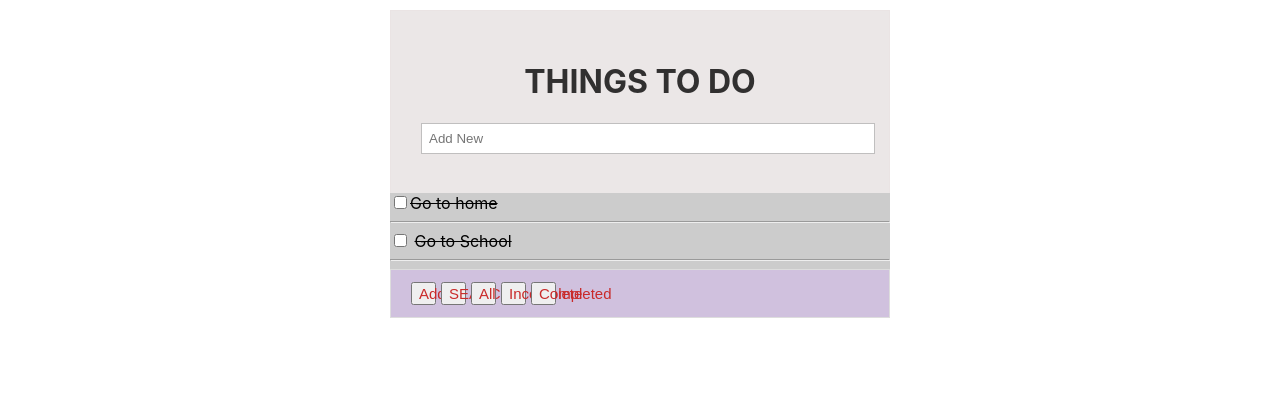
Repository: kirangautam45/To-Do-Application
Page: /
The author's editor kept a copy of each file at every save. The page is drawn from the files as they stood at one save, then again after a run of saves.
The browser window is 1280 px wide. The pictures show the whole page.
The project was rebuilt for these pictures with package versions that can differ from the ones it lists, and the page was loaded fresh each time.

Above is the page before, as saved 2022-08-11 14:43:33.

After the next 2 saves:
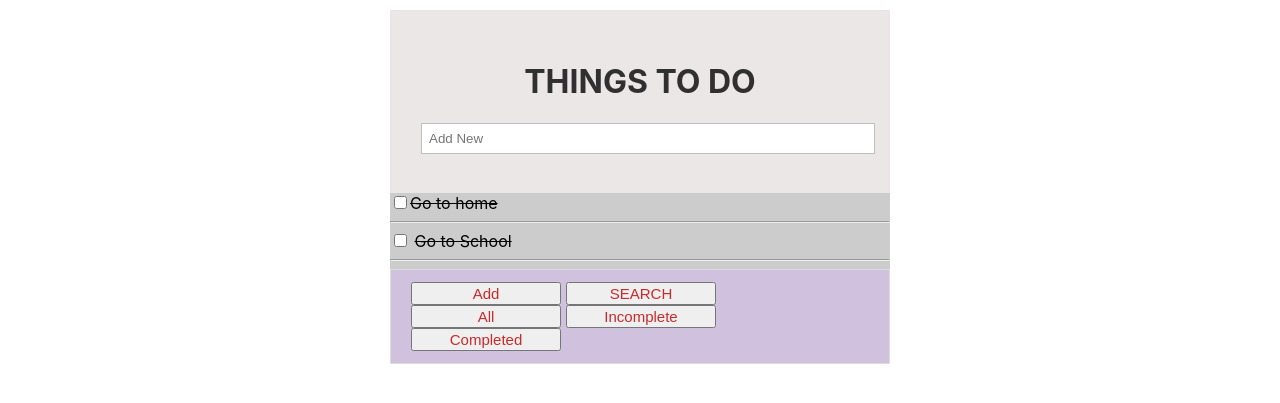
The 2 saves are shown as one change because they came seconds apart.
The last was saved 8 s later.
--- a/src/App.css
+++ b/src/App.css
@@ -50,7 +50,7 @@ position: relative;
 
 .Icon_button {
   height:auto;
-  width: 25px;
+  width: 150px;
   align-items: left;
   color: rgb(201, 42, 42);
   font-size: 15px;
